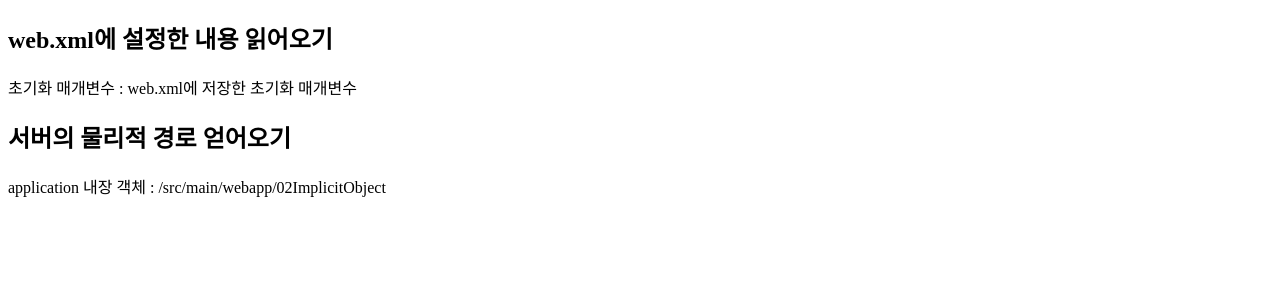
Repository: jjunyuongv/JSP_Servlet
Page: http://localhost/MustHHaveJSP/02ImplicitObject/ApplicationMain.jsp
These files come from the project's save history. The page is drawn as it stood at one moment and after the next save; the edit follows.
The browser window is 1280 px wide. The pictures show the whole page.
The page is served by Tomcat 10. Other server files are loaded and not shown.

Above is the page before, as saved 2025-05-07 01:03:52.

### MustHHaveJSP/src/main/webapp/02ImplicitObject/ApplicationMain.jsp
<%@ page language="java" contentType="text/html; charset=UTF-8"
    pageEncoding="UTF-8"%>
<!DOCTYPE html>
<html>
	<head>
	<meta charset="UTF-8">
	<title>내장 객체 - application</title>
	</head>
	<body>
		<h2>web.xml에 설정한 내용 읽어오기</h2>
		초기화 매개변수 : <%= application.getInitParameter("INIT_PARAM") %>

		<h2>서버의 물리적 경로 얻어오기</h2>
		application 내장 객체 : <%= application.getRealPath("/02ImplicitObject") %>

		<h2></h2>


	</body>
</html>

After the next save:
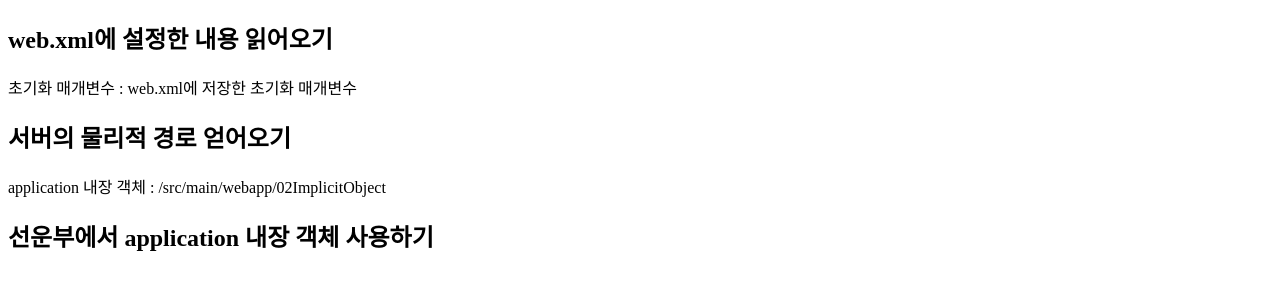
Saved 3 min 42 s later.
--- a/MustHHaveJSP/src/main/webapp/02ImplicitObject/ApplicationMain.jsp
+++ b/MustHHaveJSP/src/main/webapp/02ImplicitObject/ApplicationMain.jsp
@@ -13,7 +13,12 @@
 		<h2>서버의 물리적 경로 얻어오기</h2>
 		application 내장 객체 : <%= application.getRealPath("/02ImplicitObject") %>
 
-		<h2></h2>
+		<h2>선운부에서 application 내장 객체 사용하기</h2>
+		<%!
+		public String useImplicitObject() {
+			return this.getServletContext().getRealPath("/02ImplicitObject");
+		}
+		%>
 
 
 	</body>
